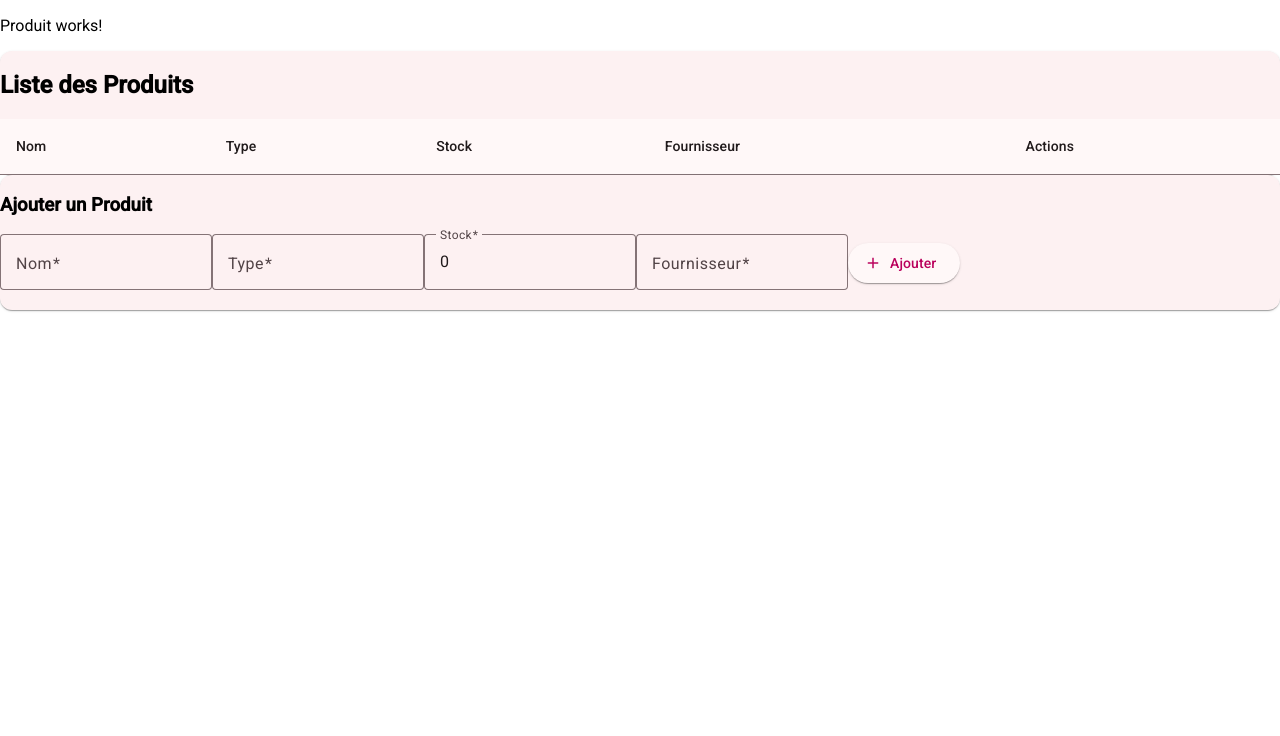
Repository: hadilXattia/Gestion_Production
Page: / (app in frontend-production/)
An editor plug-in stored every save of this project. The page is shown before and after the next save, followed by the edit.
The browser window is 1280 px wide. The pictures show the whole page.
The page's requests for data from a server got no answer. The project was rebuilt for these pictures with package versions that can differ from the ones it lists, and the page was loaded fresh each time. No one was signed in, and anything a server would have sent is missing. Also part of the build but not shown: frontend-production/angular.json, frontend-production/src/app/components/machine/machine.component.ts, frontend-production/src/app/services/machine.service.ts, frontend-production/src/app/components/technicien/technicien.component.ts, frontend-production/src/app/services/technicien.service.ts, frontend-production/src/app/components/ordre-fabrication/ordre-fabrication.component.ts, frontend-production/src/app/services/ordre-fabrication.service.ts, frontend-production/src/app/components/maintenance/maintenance.component.ts and 1 more.

Above is the page before, as saved 2025-05-09 17:37:00.

After the next save:
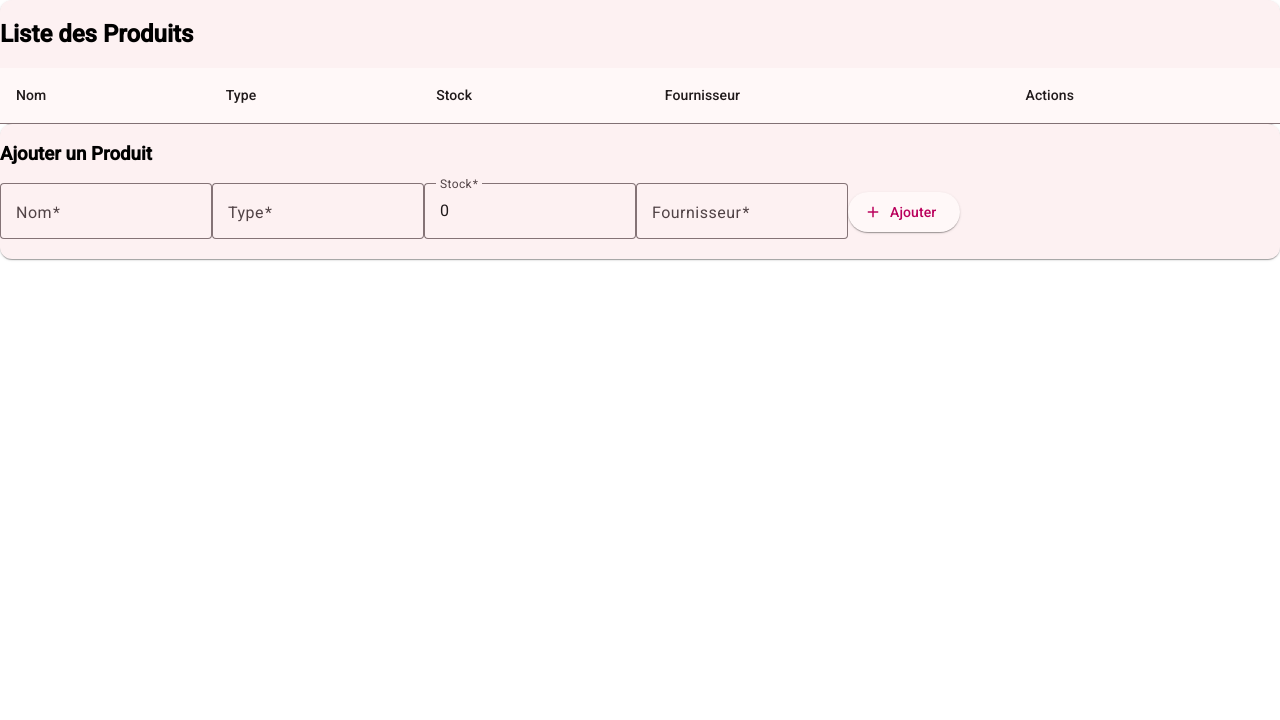
Saved 9 s later.
--- a/frontend-production/src/app/components/produit/produit.component.html
+++ b/frontend-production/src/app/components/produit/produit.component.html
@@ -1,4 +1,3 @@
-<p>Produit works!</p>
 
 <mat-card>
   <h2>Liste des Produits</h2>
